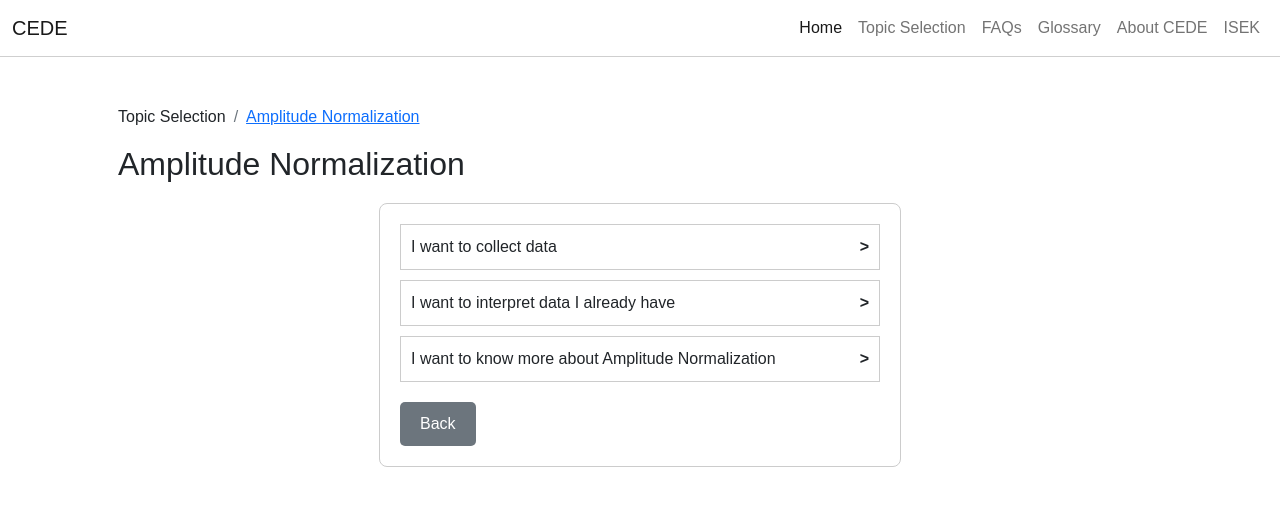
Repository: devashrisamani/CEDE-Website
Page: website/matrix.html
An editor plug-in stored every save of this project. The page is shown before and after the next save, followed by the edit.
The browser window is 1280 px wide. The pictures show the whole page.

Above is the page before, as saved 2024-06-19 18:38:52.
Console error: TypeError: Cannot read properties of null (reading 'addEventListener')

After the next save:
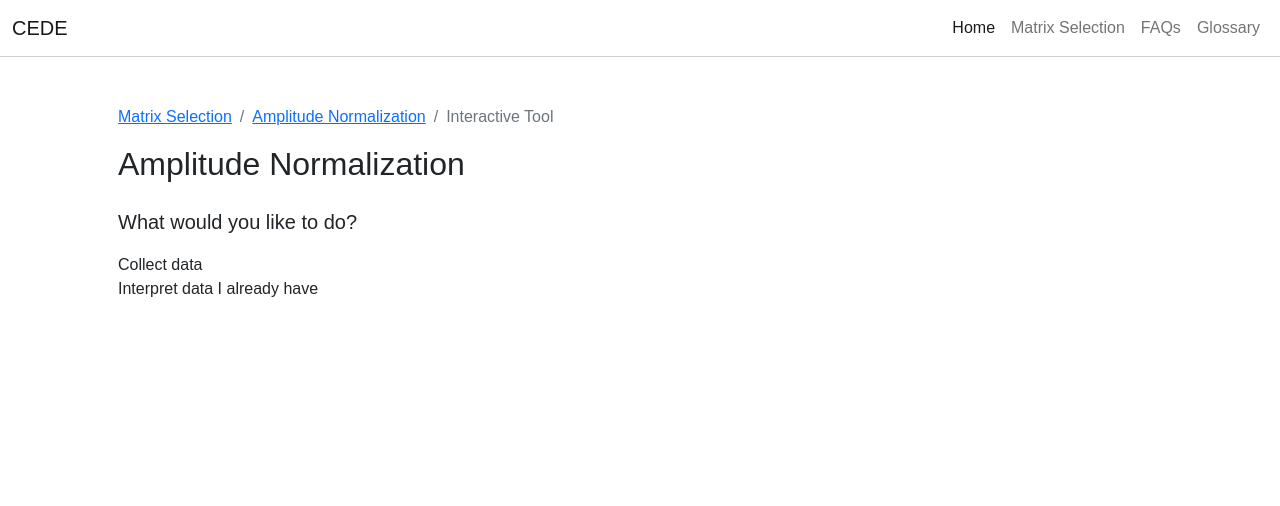
Saved 98 s later.
--- a/website/matrix.html
+++ b/website/matrix.html
@@ -8,11 +8,11 @@
       href="https://cdn.jsdelivr.net/npm/bootstrap@5.1.3/dist/css/bootstrap.min.css"
       rel="stylesheet"
     />
-    <link rel="stylesheet" href="styles1.css" />
+    <link rel="stylesheet" href="styles.css" />
   </head>
   <body>
     <!-- Navigation Bar (consistent with other pages) -->
-    <nav class="navbar navbar-expand-lg navbar-light">
+    <nav class="navbar navbar-expand-lg navbar-light bg-white">
       <div class="container-fluid">
         <a class="navbar-brand" href="#">CEDE</a>
         <button
@@ -32,11 +32,9 @@
         >
           <div class="navbar-nav">
             <a class="nav-link active" href="#">Home</a>
-            <a class="nav-link" href="#">Topic Selection</a>
+            <a class="nav-link" href="#">Matrix Selection</a>
             <a class="nav-link" href="#">FAQs</a>
             <a class="nav-link" href="#">Glossary</a>
-            <a class="nav-link" href="#">About CEDE</a>
-            <a class="nav-link" href="#">ISEK</a>
           </div>
         </div>
       </div>
@@ -46,27 +44,24 @@
     <div class="container mt-5 px-5">
       <nav aria-label="breadcrumb">
         <ol class="breadcrumb">
-          <li class="breadcrumb-item">Topic Selection</li>
+          <li class="breadcrumb-item"><a href="#">Matrix Selection</a></li>
           <li class="breadcrumb-item">
             <a href="#">Amplitude Normalization</a>
           </li>
+          <li class="breadcrumb-item active" aria-current="page">
+            Interactive Tool
+          </li>
         </ol>
       </nav>
-      <h2>Amplitude Normalization</h2>
+      <h2 class="mb-4">Amplitude Normalization</h2>
+      <p class="lead">What would you like to do?</p>
       <div id="decision-form">
         <div class="option" onclick="selectOption('collect-data')">
-          <span>I want to collect data</span>
-          <span class="arrow">></span>
+          <span>Collect data</span>
         </div>
         <div class="option" onclick="selectOption('interpret-data')">
-          <span>I want to interpret data I already have</span>
-          <span class="arrow">></span>
+          <span>Interpret data I already have</span>
         </div>
-        <div class="option" onclick="selectOption('more-info')">
-          <span>I want to know more about Amplitude Normalization</span>
-          <span class="arrow">></span>
-        </div>
-        <button type="button" id="back-button">Back</button>
       </div>
     </div>
 
